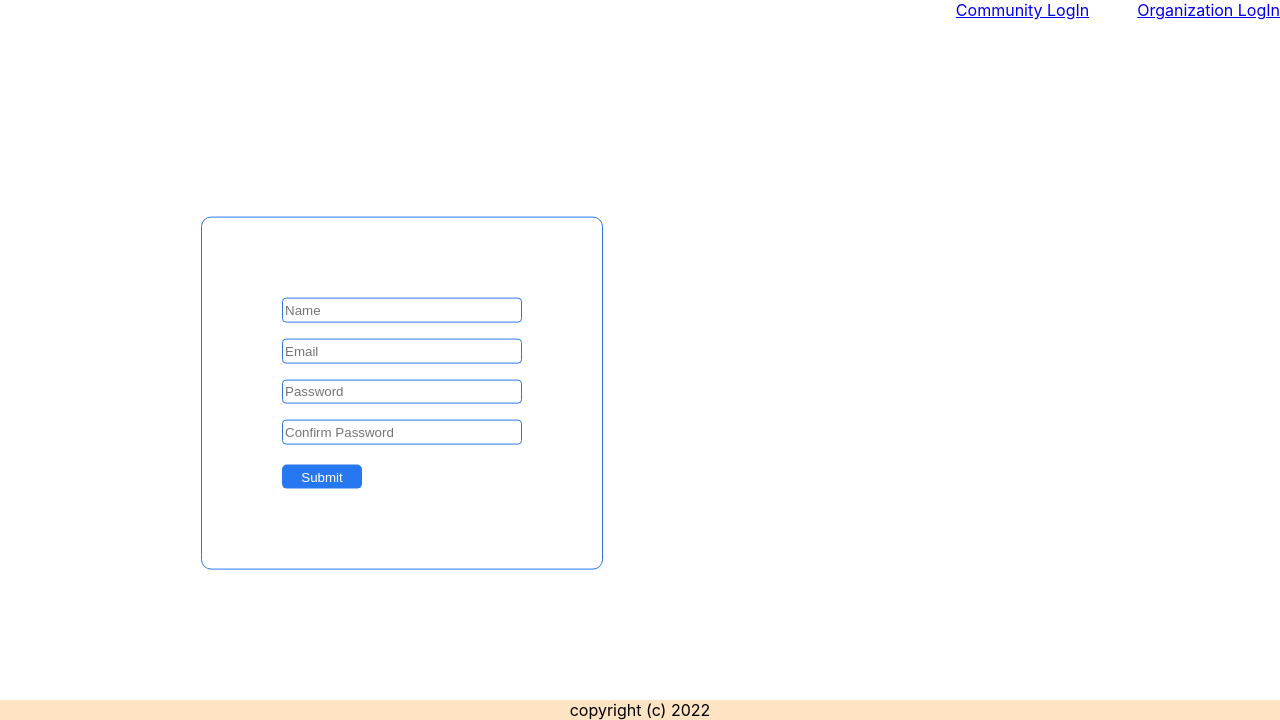
Repository: samuelp244/Ticket-Managment-System
Page: /signup (app in app/)
The author's editor kept a copy of each file at every save. The page is drawn from the files as they stood at one save, then again after a run of saves.
The browser window is 1280 px wide. The pictures show the whole page.
The project was rebuilt for these pictures with package versions that can differ from the ones it lists, and the page was loaded fresh each time.

Above is the page before, as saved 2022-08-17 18:32:44.

### app/src/App.tsx
import React from 'react';
import { BrowserRouter as Router, Route, Routes} from "react-router-dom"
import Footer from './components/Footer';
import SignUpComm from './components/forms/SignUpComm';

import MainPage from './components/MainPage';


function App() {
  return (
    <div className="">
      {/* <Router>
        <Routes>
          <Route path="/" element={<MainPage/>}></Route>
          <Route path="/signup" element={<SignUpComm/>}></Route>
        </Routes>
      </Router> */}
      <MainPage/>
      <SignUpComm/>
      <Footer/>
    </div>
  );
}

export default App;

### app/src/components/Footer.tsx
import React from 'react'
import './footer.css'

const Footer = () => {
  return (
    <div className="footer">
      copyright (c) 2022
    </div>
  )
}

export default Footer

### app/src/components/forms/SignUpComm.tsx
import React from 'react';
import './SignUpComm.css'

const SignUpComm = () => {
  return (
    <form>
        <div className='details'>
          <input type="text" placeholder='Name' required/>
          {/* <select name="account type" id="acct-type">
              <option value="customer">Individual</option>
              <option value="root-user">Organization</option>
          </select> */}
          <input type="email" placeholder='Email' required/>
          <input type="password" placeholder='Password' required/>
          <input type="password" placeholder='Confirm Password' required/>
        </div>
        <button type="submit">Submit</button>

    </form>
  )
}

export default SignUpComm

### app/src/components/MainPage.tsx
import React from 'react'
import './MainPage.css'
const MainPage = () => {
  return (
    <div className="main-page">
      <a href="#signupC">Community LogIn</a>

      <a href="#signupO">Organization LogIn</a>
    </div>
  )
}

export default MainPage;

### app/src/components/footer.css
.footer{
    width: 100%;
    max-height: max-content;
    position: fixed;
    align-items: center;
    text-align: center;
    bottom: 0;
    background-color: bisque;
}

### app/src/components/forms/SignUpComm.css
form{
    margin-top: 20px;
    padding: 5rem;
    border: 1px solid rgb(39, 119, 240);
    border-radius: 10px;
    width: 15rem;
    display: flex;
    flex-direction: column;

    top: 50%;
    left: 50%;
    transform: translate(50%, 50%);
}

.details{
    display: flex;
    flex-direction: column;
    row-gap: 1rem;

}

button{
    margin-top: 20px;
    width: 5rem;
    height: 1.5rem;
    border-radius: 5px;
    color: rgb(255, 255, 255);
    background-color: rgb(39, 119, 240);
    border: none;

}

input{
    border: 1px solid rgb(39, 119, 240);
    height: 1.3rem;
    border-radius: 4px;
}

### app/src/components/MainPage.css
.main-page {
    display: flex;
    flex-direction:row;
    justify-content: right;
    column-gap: 3rem;
    align-items: center;
}

Loaded but not shown: app/public/index.html (common file); app/src/index.tsx (common file); app/src/index.css (common file)

After the next 3 saves:
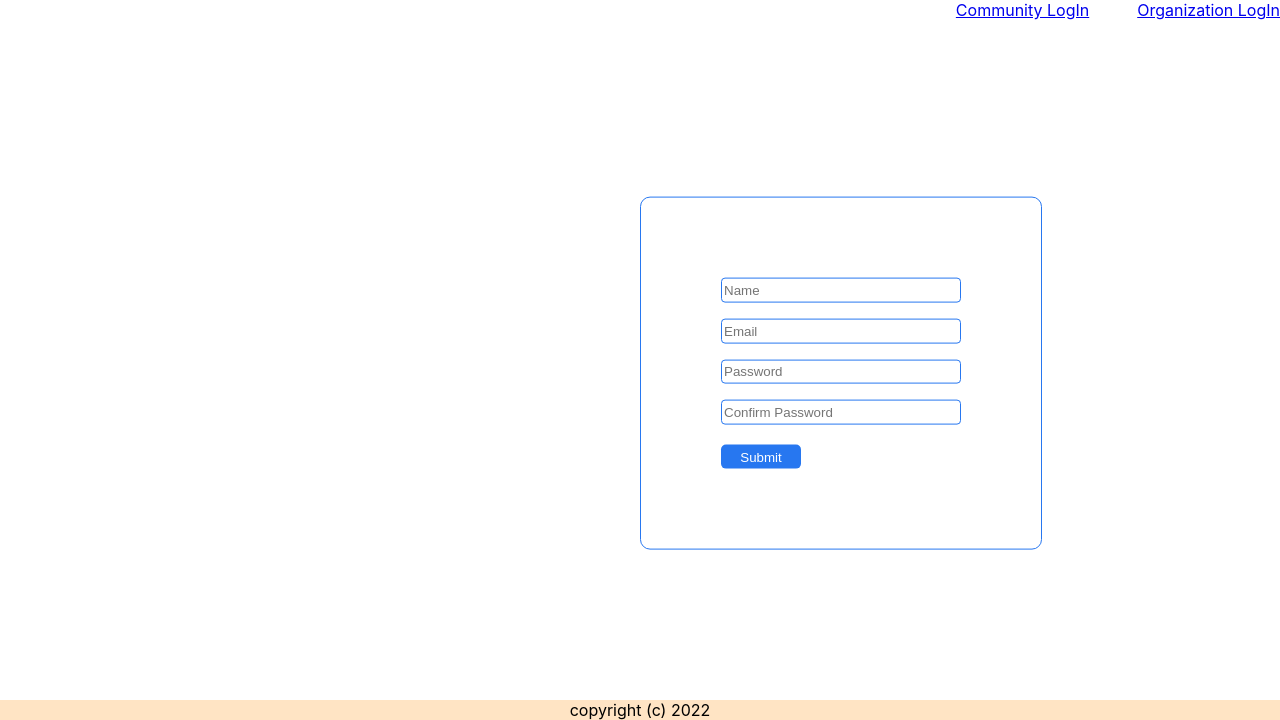
The 3 saves are shown as one change because they came seconds apart.
The last was saved 73 s later.
--- a/app/src/components/forms/SignUpComm.css
+++ b/app/src/components/forms/SignUpComm.css
@@ -1,5 +1,5 @@
 form{
-    margin-top: 20px;
+    margin:auto;
     padding: 5rem;
     border: 1px solid rgb(39, 119, 240);
     border-radius: 10px;
